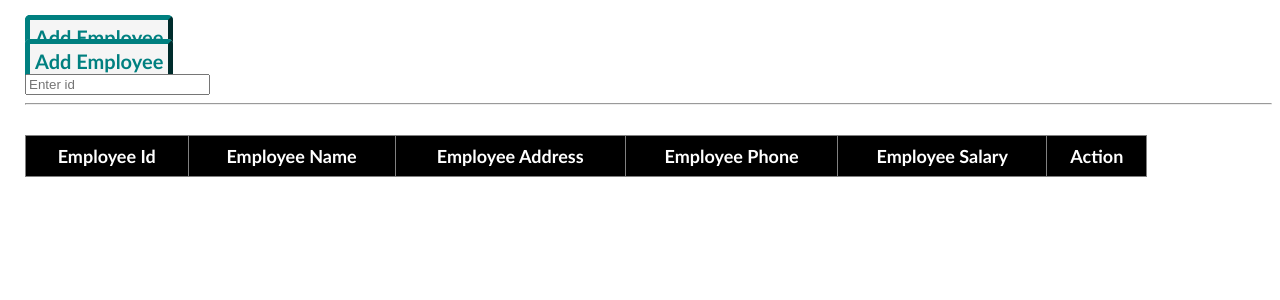
Repository: prieeyatambe/priyatambe_SpringMavenHibernate
Page: http://localhost/Project/WEB-INF/view/list.jsp
The author's editor kept a copy of each file at every save. The page is drawn from the files as they stood at one save, then again after the next save.
The browser window is 1280 px wide. The pictures show the whole page.
The page is served by Tomcat 9. Nobody is signed in. Other server files are loaded and not shown. The template is opened directly, without the code that normally fills it, so the values that code supplies are empty.

Above is the page before, as saved 2024-03-06 09:59:08.

### SpringMaven/mavenproject/Project/src/main/webapp/WEB-INF/view/list.jsp
<%@ page language="java" contentType="text/html; charset=UTF-8"
    pageEncoding="UTF-8"%>
<%@ taglib uri="http://java.sun.com/jsp/jstl/core" prefix="c" %>
<%@ taglib uri="http://www.springframework.org/tags/form" prefix="form" %>
<!DOCTYPE html>
<html>
<head>
<meta charset="UTF-8">
<title>Employee List</title>
<style type="text/css">
body{
     font-family: 'Trebuchet MS', 'Lucida Sans Unicode', 'Lucida Grande', 'Lucida Sans', Arial, sans-serif;
 	 align-content: center;
 	 margin-left: 25px;
 	 margin-top: 25px;
}
a{
	font-size: 20px;
	text-decoration: none;
	margin-bottom: 30px;
	margin-top: 40px;
}
table {
	width: 90%;
	padding: 10px;
	border-collapse: collapse;
	font-size: 18px;
	margin-top: 30px;

}
th,tr{
	text-align: center;
	padding: 9px;

}
th{
	background-color:black;
	color:white;
}
td{
	background-color: whitesmoke;
	padding: 9px;
}
.link-button{
	background-color:whitesmoke;
	padding:5px;
	color: teal;
	border:5px outset teal;
	border-radius: 5px;
	font-weight: bold;
}
.btn-delete{
  background-color: crimson;
  width: 70px;
  border: 2px solid crimson;
  border-radius:5px;
  color: white;
  font-family: 'Trebuchet MS', 'Lucida Sans Unicode', 'Lucida Grande', 'Lucida Sans', Arial, sans-serif;
  font-size: 17px;
}
.btn-update{
  background-color: green;
  width: 70px;
  border: 2px solid green;
  border-radius:5px;
  color: white;
  font-family: 'Trebuchet MS', 'Lucida Sans Unicode', 'Lucida Grande', 'Lucida Sans', Arial, sans-serif;
  font-size: 17px;
}
</style>
</head>
<body>

<a href="addEmp" class="link-button">Add Employee</a><br>
<a href="fetch" class="link-button">Add Employee</a><br>
	<form action="fetchEmp" method="get">
		<input type="number" placeholder="Enter id">
	</form>
<hr>
		<table border="1">
			<tr>
					<th>Employee Id</th>
					<th>Employee Name</th>
					<th>Employee Address</th>
					<th>Employee Phone</th>
					<th>Employee Salary</th>
					<th colspan="2">Action</th>
			</tr>
			<c:forEach items="${emplist}" var="employee">
				<tr>
					<td>${employee.id}</td>
					<td>${employee.employeeName}</td>
					<td>${employee.employeeAddress}</td>
					<td>${employee.employeePhone}</td>
					<td>${employee.employeeSalary}</td>
					<td>
	                   <form action="update" method="get">
		                    <input type="hidden" name="id" value="${employee.id}">
		                    <input type="submit" value="Update" class="btn-update">
	                	</form>
	                </td>
	                <td>
		                <form action="delete" method="get">
		                    <input type="hidden" name="id" value="${employee.id}">
		                    <input type="submit" value="Delete" class="btn-delete">
		                </form>
					</td>
				</tr>
			</c:forEach>
		</table>

</body>
</html>

After the next save:
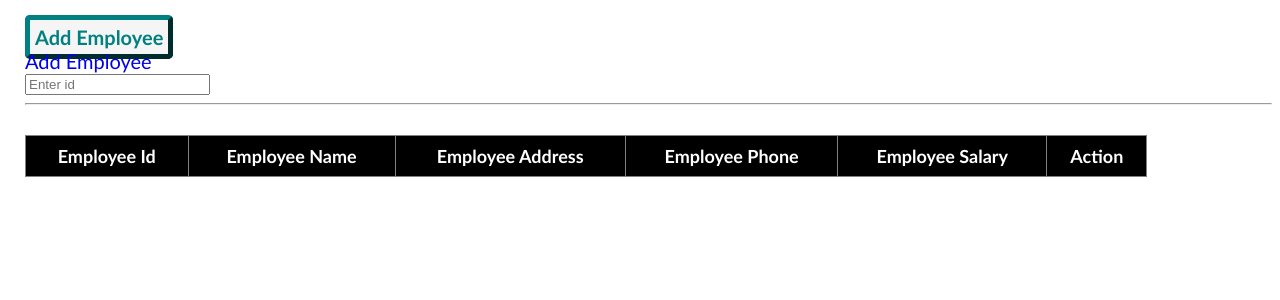
Saved 50 s later.
--- a/SpringMaven/mavenproject/Project/src/main/webapp/WEB-INF/view/list.jsp
+++ b/SpringMaven/mavenproject/Project/src/main/webapp/WEB-INF/view/list.jsp
@@ -72,7 +72,7 @@ td{
 <body>
 
 <a href="addEmp" class="link-button">Add Employee</a><br>
-<a href="fetch" class="link-button">Add Employee</a><br>
+<a href="fetch" >Add Employee</a><br>
 	<form action="fetchEmp" method="get">
 		<input type="number" placeholder="Enter id">
 	</form>
